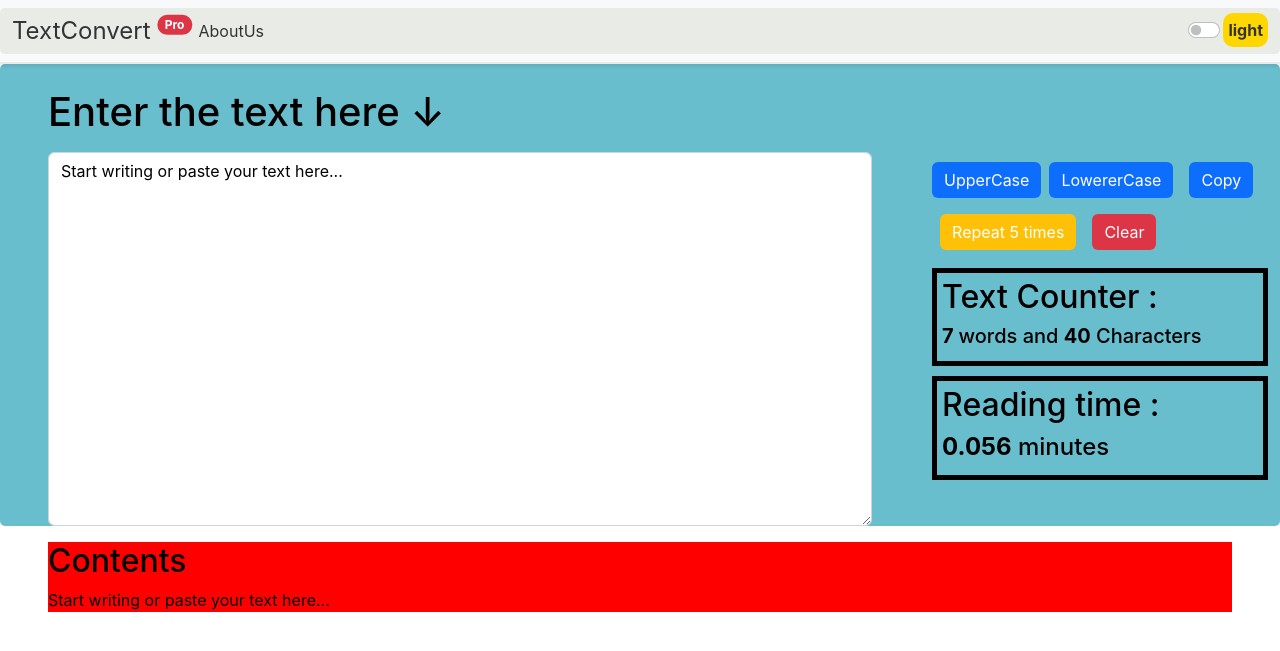
Repository: atha2810/TextConvertPro
Page: /TextConvertPro
The author's editor kept a copy of each file at every save. The page is drawn from the files as they stood at one save, then again after a run of saves.
The browser window is 1280 px wide. The pictures show the whole page.
The project was rebuilt for these pictures with package versions that can differ from the ones it lists, and the page was loaded fresh each time. Also part of the build but not shown: src/css/About.css, src/components/About.js, src/css/TextForm.css.

Above is the page before, as saved 2024-07-25 19:49:13.

### src/App.js
import React, { useState } from "react";
import profile from "./images/profile.jpg";

import About from "./components/About";
import Navbar from "./components/Navbar";
import TextForm from "./TextForm";
import { BrowserRouter, Routes, Route } from "react-router-dom";

function App() {
  const [mode, setMode] = useState("light");
  const toggleMode = () => {
    if (mode === "light") {
      setMode("dark");
      document.body.style.backgroundColor = "#082844";
    } else {
      setMode("light");
      document.body.style.backgroundColor = "white";
    }
  };
  return (
    <>
      <BrowserRouter>
        <Navbar logo="TextConvert" mode={mode} toggleMode={toggleMode} />
        {/* <TextForm heading="Enter the text to analyse: " mode={mode}/> */}
        <Routes>
          <Route exact path="/about" element={<About imgSrc={profile} />} />
          {/* exact is usedto get exact path sometimes there are folders like /about-->componentX and /about/home-->componentY and if we want component from /about/home it will mistakenly will render from /about thats why */}

          <Route
            exact
            path="/TextConvertPro"
            element={<TextForm heading="Enter the text here ↓ " mode={mode} />}
          />
        </Routes>
      </BrowserRouter>
    </>
  );
}

export default App;

### src/components/Navbar.js
import React from "react";
import { Link } from "react-router-dom";
import "../css/Navbar.css";
export default function Navbar(props) {
  return (
    <nav
      className={`navbar navbar-expand-lg navbar-${props.mode} bg-${props.mode}`}
    >
      <div
        className="container-fluid"
        style={{ backgroundColor: "#E9ECE6", borderRadius: "5px" }}
      >
        <Link className="navbar-brand" to="/TextConvertPro">
          {props.logo}
          <button className="btn position-relative">
            <span className="position-absolute top-0 start-100 translate-middle badge rounded-pill bg-danger">
              Pro
            </span>
          </button>
        </Link>
        {/* <a className="navbar-brand" href="#">{props.logo}</a> */}
        <button
          className="navbar-toggler"
          type="button"
          data-bs-toggle="collapse"
          data-bs-target="#navbarSupportedContent"
          aria-controls="navbarSupportedContent"
          aria-expanded="false"
          aria-label="Toggle navigation"
        >
          <span className="navbar-toggler-icon"></span>
        </button>
        <div className="collapse navbar-collapse" id="navbarSupportedContent">
          <ul className="navbar-nav me-auto mb-2 mb-lg-0">
            <li className="nav-item">
              <Link className="nav-link" to="/about">
                AboutUs
              </Link>
              {/* <a className="nav-link" href="/about">About</a> */}
            </li>
          </ul>
          <form className="d-flex" role="search">
            <div
              className={`form-check form-switch text-${
                props.mode === "light" ? "dark" : "light"
              }`}
              style={{
                backgroundColor: "gold",
                padding: "5px",
                borderRadius: "10px",
              }}
            >
              <input
                className="form-check-input"
                onClick={props.toggleMode}
                type="checkbox"
                role="switch"
                id="flexSwitchCheckDefault"
              />
              <label
                className="form-check-label"
                htmlFor="flexSwitchCheckDefault"
              >
                <b>{props.mode}</b>
              </label>
            </div>
          </form>
        </div>
      </div>
    </nav>
  );
}

### src/TextForm.js
import React, { useState } from "react";
import "./css/TextForm.css";
export default function TextForm(props) {
  const textCapitalize = () => {
    let newText = text.toUpperCase();
    setText(newText);
  };
  const textLowercase = () => {
    let newText = text.toLowerCase();
    setText(newText);
  };
  const textCopy = () => {
    navigator.clipboard.writeText(text);
  };
  const textRepeat = () => {
    let newText = text.repeat(5);
    setText(newText);
  };

  const textClear = () => {
    let newText = "";
    setText(newText);
  };

  const handleOnChange = e => {
    setText(e.target.value);
  };
  const [text, setText] = useState("Start writing or paste your text here...");
  //setText("New Text");
  return (
    <>
      <div
        style={{
          display: "flex",
          backgroundColor: "#69BECD",
          borderRadius: "5px",
        }}
      >
        <div
          className="mx-5"
          style={{
            width: "69%",
          }}
        >
          <label
            htmlFor="myBox"
            className="form-label mt-4"
            style={{
              color: props.mode === "dark" ? "white" : "black",
              width: "69%",
            }}
          >
            <h1>{props.heading}</h1>
          </label>
          <textarea
            className="form-control"
            value={text}
            id="myBox"
            rows="15"
            onChange={handleOnChange}
            style={{
              backgroundColor: props.mode === "dark" ? "Black" : "white",
              color: props.mode === "dark" ? "white" : "black",
              width: "100%",
            }}
          ></textarea>
        </div>
        <div
          className="container"
          style={{
            width: "30%",
            marginTop: "90px",
          }}
        >
          <div>
            <button
              type="button"
              className="btn btn-primary my-2"
              onClick={textCapitalize}
            >
              UpperCase
            </button>
            <button
              type="button"
              className="btn btn-primary mx-2 my-2"
              onClick={textLowercase}
            >
              LowererCase
            </button>
            <button
              type="button"
              className="btn btn-primary mx-2 my-2"
              onClick={textCopy}
            >
              Copy
            </button>
            <button
              type="button"
              className="btn btn-warning mx-2 my-2"
              onClick={textRepeat}
            >
              Repeat 5 times
            </button>
            <button
              type="button"
              className="btn btn-danger mx-2 my-2"
              onClick={textClear}
            >
              Clear
            </button>
          </div>
          <div
            style={{
              marginTop: "10px",
              border: "5px solid black",
              padding: "5px",
            }}
          >
            <h2
              style={{
                color: props.mode === "dark" ? "white" : "black",
              }}
            >
              Text Counter :
            </h2>

            <h5
              style={{
                color: props.mode === "dark" ? "white" : "black",
              }}
            >
              <b>
                {
                  text.split(" ").filter(el => {
                    return el.length !== 0;
                  }).length
                }{" "}
              </b>
              words and <b>{text.length}</b> Characters
            </h5>
          </div>

          <div
            style={{
              marginTop: "10px",
              border: "5px solid black",
              padding: "5px",
            }}
          >
            <h2
              style={{
                color: props.mode === "dark" ? "white" : "black",
              }}
            >
              Reading time :
            </h2>
            <h4 style={{ color: props.mode === "dark" ? "white" : "black" }}>
              <b>{0.008 * text.split(" ").length}</b> minutes
            </h4>{" "}
            {/* 0.008 seconds to read a word*/}
          </div>
        </div>
      </div>
      <div className="mx-5 my-3" style={{ backgroundColor: "red" }}>
        {" "}
        <h2 style={{ color: props.mode === "dark" ? "white" : "black" }}>
          Contents
        </h2>
        <p style={{ color: props.mode === "dark" ? "white" : "black" }}>
          {text}
        </p>
      </div>
    </>
  );
}

### src/css/Navbar.css
/* Navbar Styles */
.navbar {
  border-bottom: 2px solid #eaeaea; /* Modern border for the navbar */
  box-shadow: 0 2px 4px rgba(0, 0, 0, 0.1); /* Subtle shadow */
}

.navbar-brand {
  display: flex;
  align-items: center;
  font-size: 1.5rem;
  color: #333;
  transition: color 0.3s ease;
}

.navbar-brand:hover {
  color: #007bff; /* Change color on hover */
}

.btn {
  /* Primary button color */
  border: none;
  color: white;
  transition: background-color 0.3s ease;
}

.nav-link {
  color: #333;
  transition: color 0.3s ease;
}

.nav-link:hover {
  color: #007bff; /* Change color on hover */
}

.navbar-toggler {
  border-color: #007bff; /* Color of the toggler */
}

.navbar-toggler-icon {
  background-image: linear-gradient(
    to right,
    #007bff,
    #0056b3
  ); /* Gradient effect */
}

.form-check-label {
  color: #333; /* Switch label color */
}

Loaded but not shown: public/index.html (common file); src/index.js (common file); src/index.css (common file); src/reportWebVitals.js (common file)

After the next 2 saves:
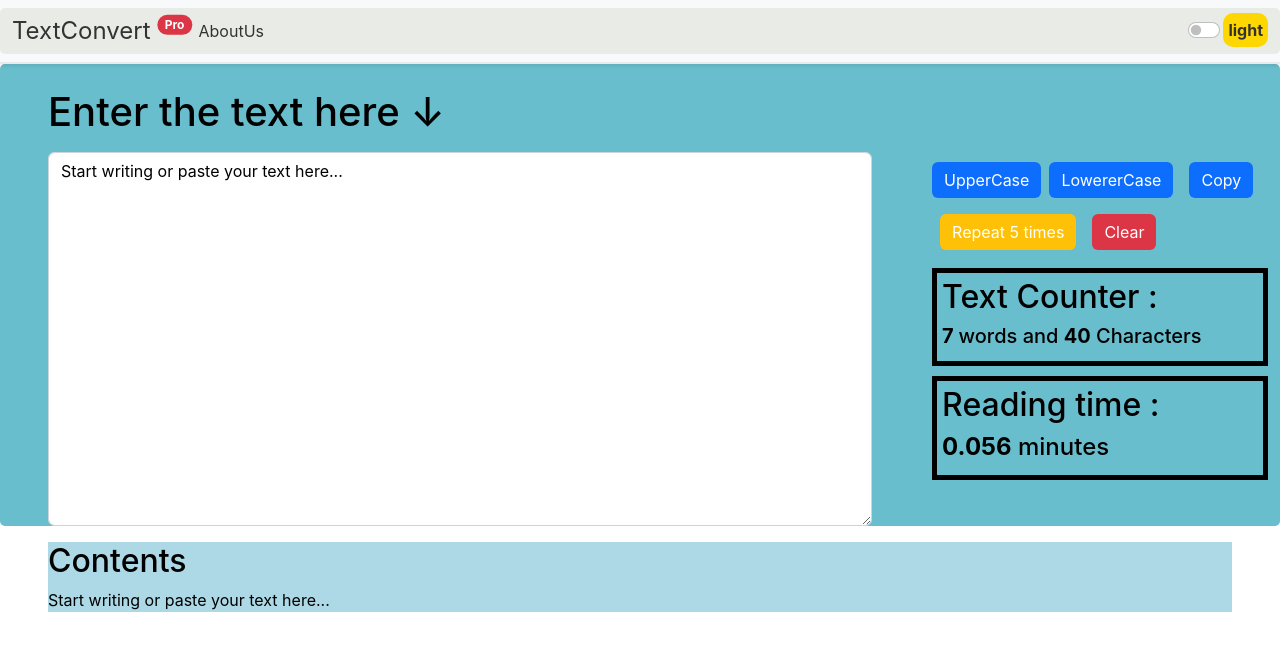
The 2 saves are shown as one change because they came seconds apart.
The last was saved 9 s later.
--- a/src/TextForm.js
+++ b/src/TextForm.js
@@ -161,7 +161,7 @@ export default function TextForm(props) {
           </div>
         </div>
       </div>
-      <div className="mx-5 my-3" style={{ backgroundColor: "red" }}>
+      <div className="mx-5 my-3" style={{ backgroundColor: "lightblue" }}>
         {" "}
         <h2 style={{ color: props.mode === "dark" ? "white" : "black" }}>
           Contents
